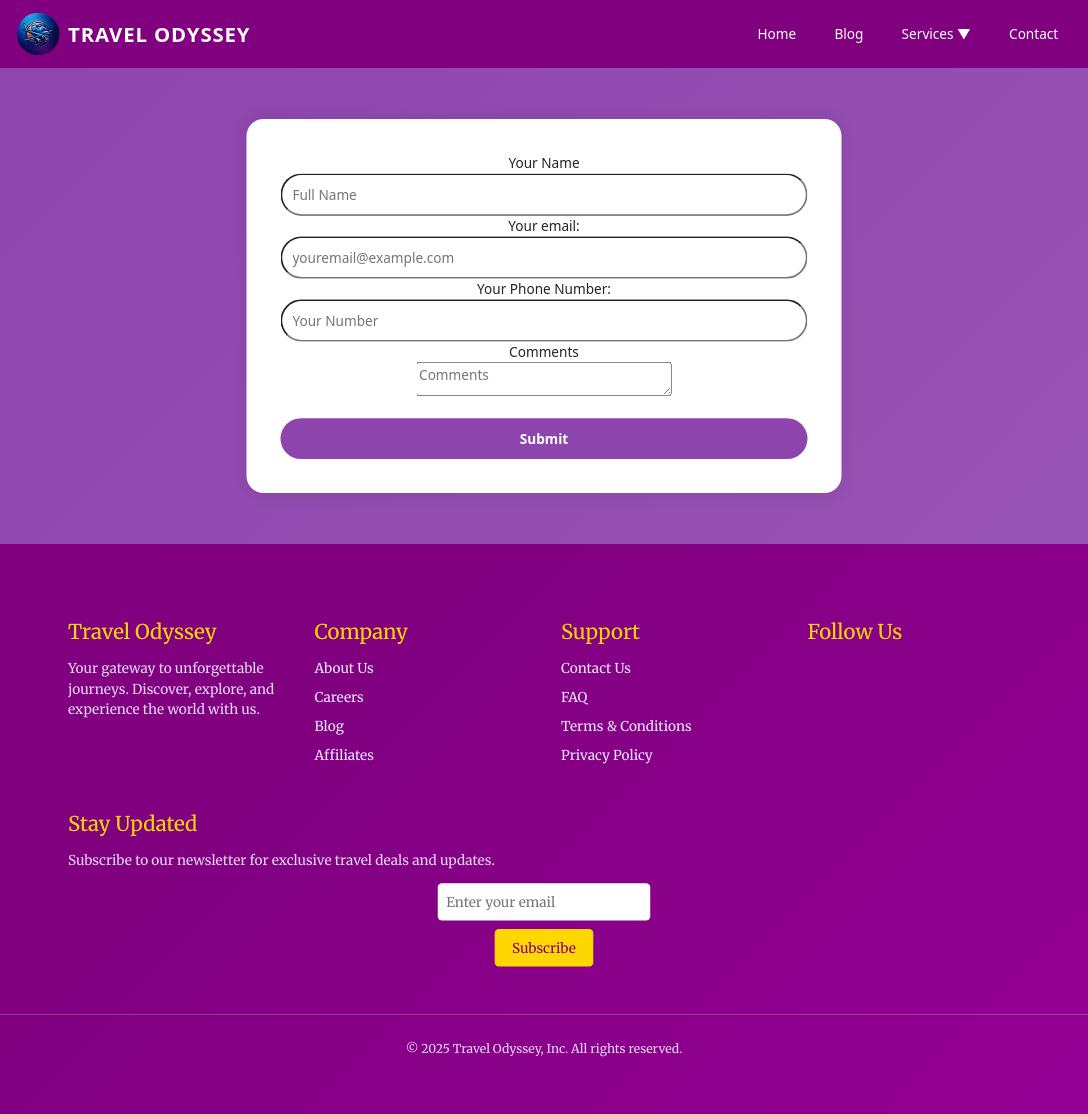
Repository: GHzPhoenix/Project-Odyssey
Page: Frontend/contact.html
These files come from the project's save history. The page is drawn as it stood at one moment and after the next save; the edit follows.
The browser window is 1280 px wide. The pictures show the whole page, at 85% of full size.

Above is the page before, as saved 2025-06-08 16:37:45.

After the next save:
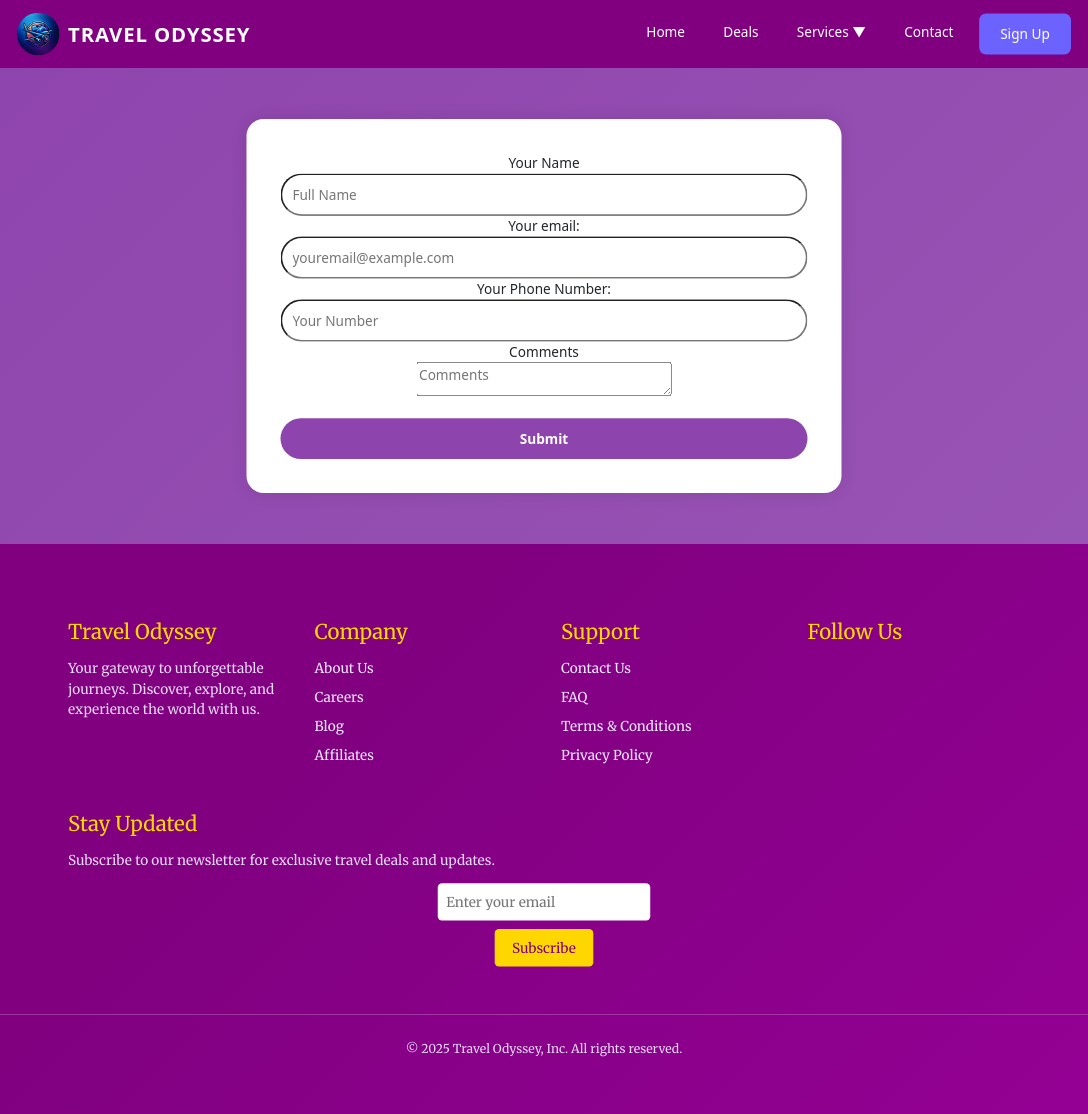
Saved 11 s later.
--- a/Frontend/contact.html
+++ b/Frontend/contact.html
@@ -38,10 +38,10 @@
           <div></div>
           <div></div>
         </div>
-        <ul>
+        <ul class="nav-menu">
           <li><a href="index.html">Home</a></li>
-          <li><a href="city.html">Blog</a></li>
-          <li>
+          <li><a href="deals.html">Deals</a></li>
+          <li class="dropdown-parent">
             <a href="#">Services ▼</a>
             <div class="dropdown">
               <a href="membership.html">Memberships</a>
@@ -50,6 +50,7 @@
             </div>
           </li>
           <li><a href="contact.html">Contact</a></li>
+          <li><a href="signup.html" class="signup-btn">Sign Up</a></li>
         </ul>
       </nav>
     </header>
